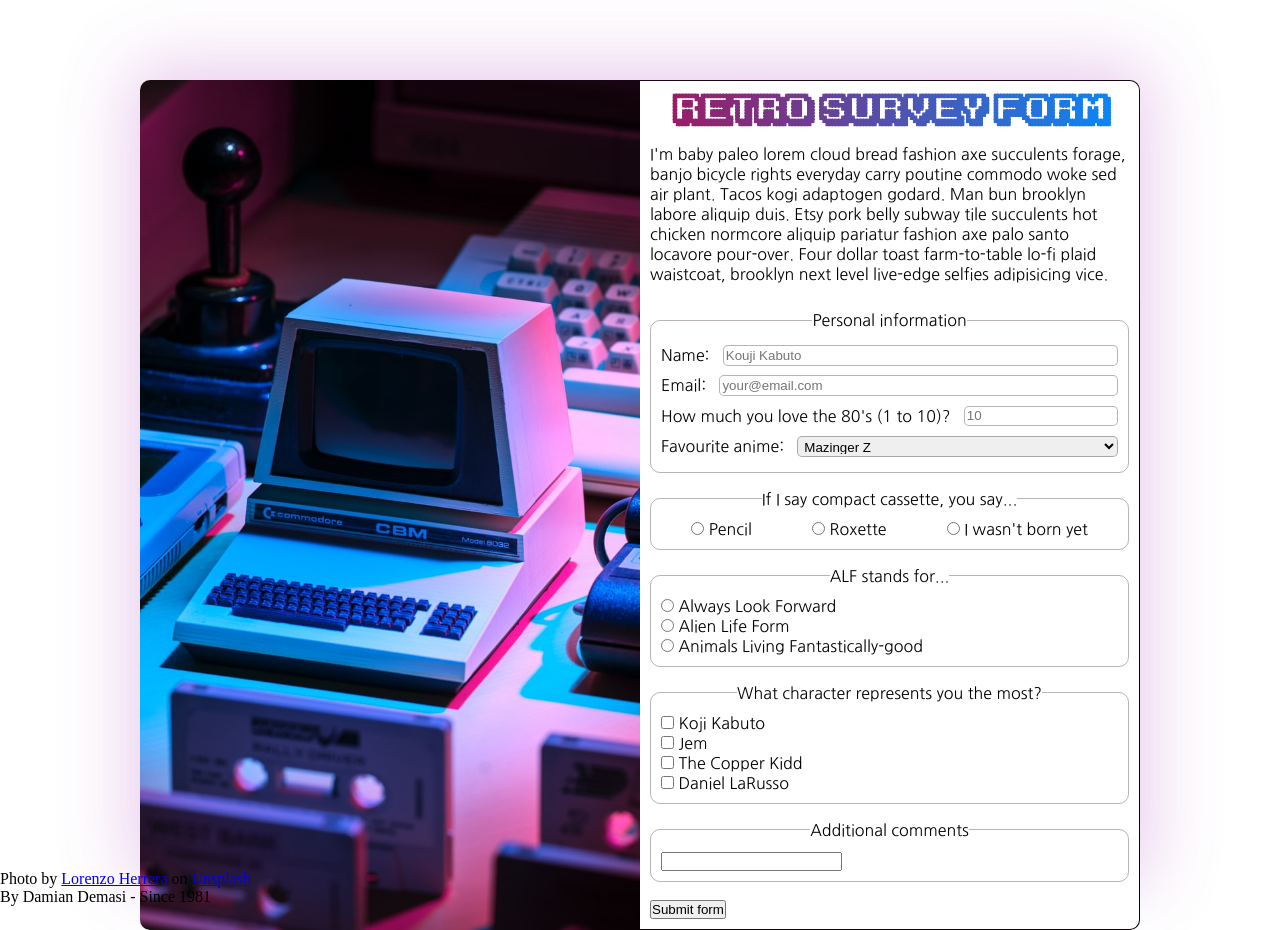
Repository: Colo-Codes/freecodecamp-02-Build-a-Survey-Form
Page: index.html
These files come from the project's save history. The page is drawn as it stood at one moment and after the next save; the edit follows.
The browser window is 1280 px wide. The pictures show the whole page.

Above is the page before, as saved 2021-05-18 18:05:09.

After the next save:
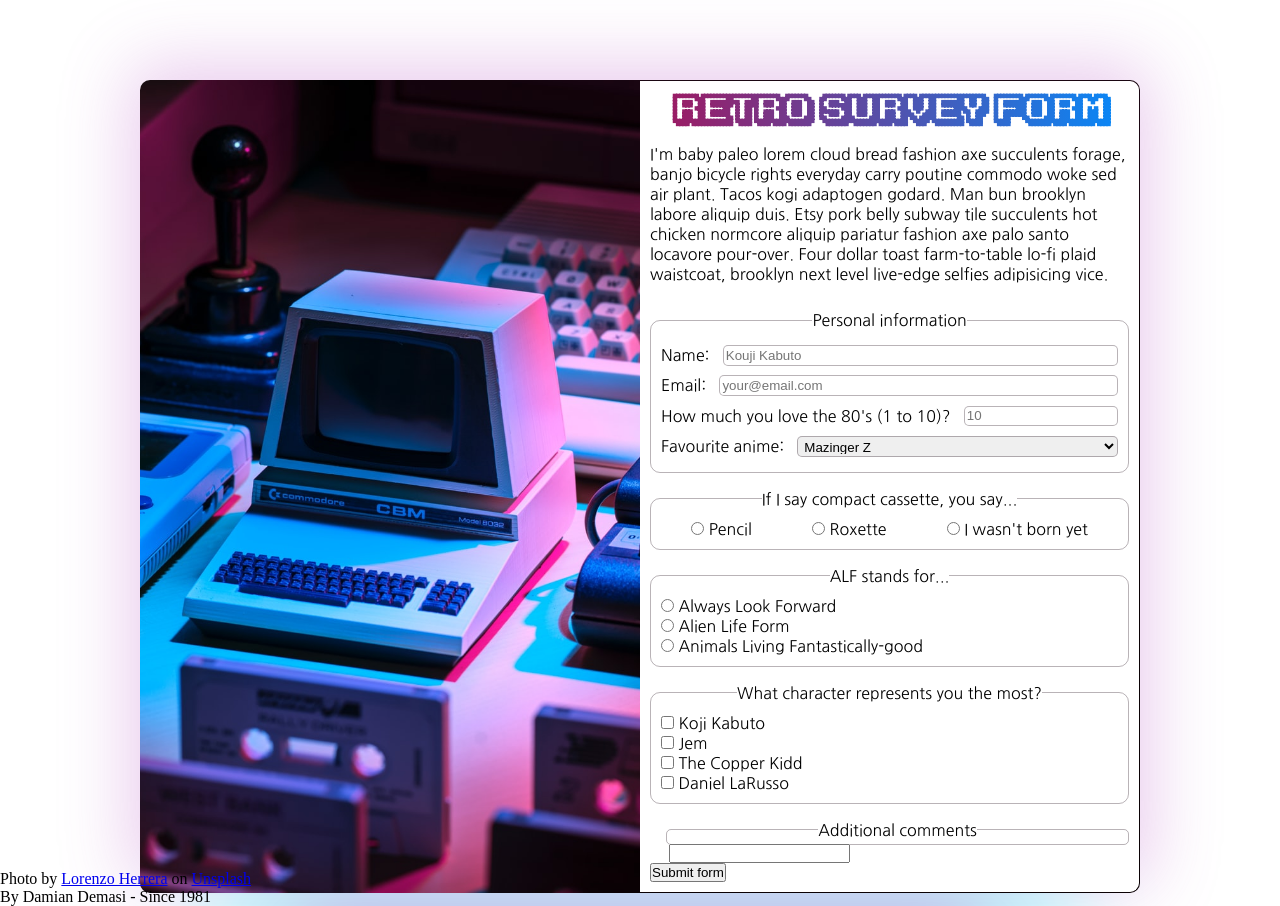
Saved 38 s later.
--- a/resources/css/index.css
+++ b/resources/css/index.css
@@ -87,7 +87,7 @@
     display: flex;
     margin: .3rem 0;
 }
-#personal-info input, #personal-info select {
+#personal-info input, #personal-info select, #additional-comments {
     flex: 1 1 auto;
     margin-left: 1em;
     padding: 2px;

After the save that followed:
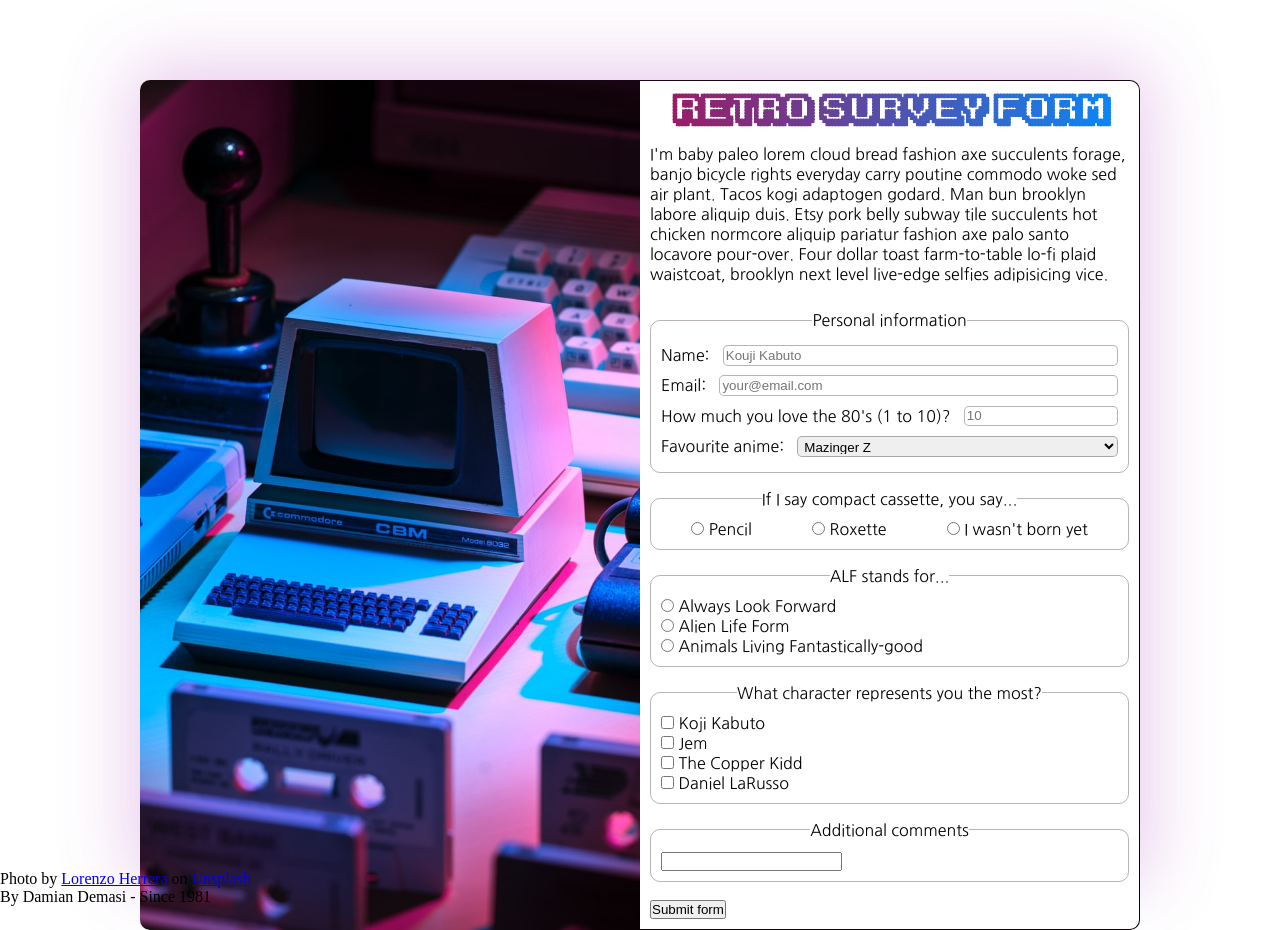
Saved 62 s later.
--- a/resources/css/index.css
+++ b/resources/css/index.css
@@ -87,7 +87,7 @@
     display: flex;
     margin: .3rem 0;
 }
-#personal-info input, #personal-info select, #additional-comments {
+#personal-info input, #personal-info select {
     flex: 1 1 auto;
     margin-left: 1em;
     padding: 2px;
@@ -113,6 +113,12 @@
     flex-flow: column;
     justify-content: space-around;
 }
+#additional-comments {
+    display: flex;
+    flex-direction: row;
+    flex-flow: column;
+    justify-content: space-around;
+}
 /* Glow */
 #glow-1 {
     width: 850px; /* TODO media query */
